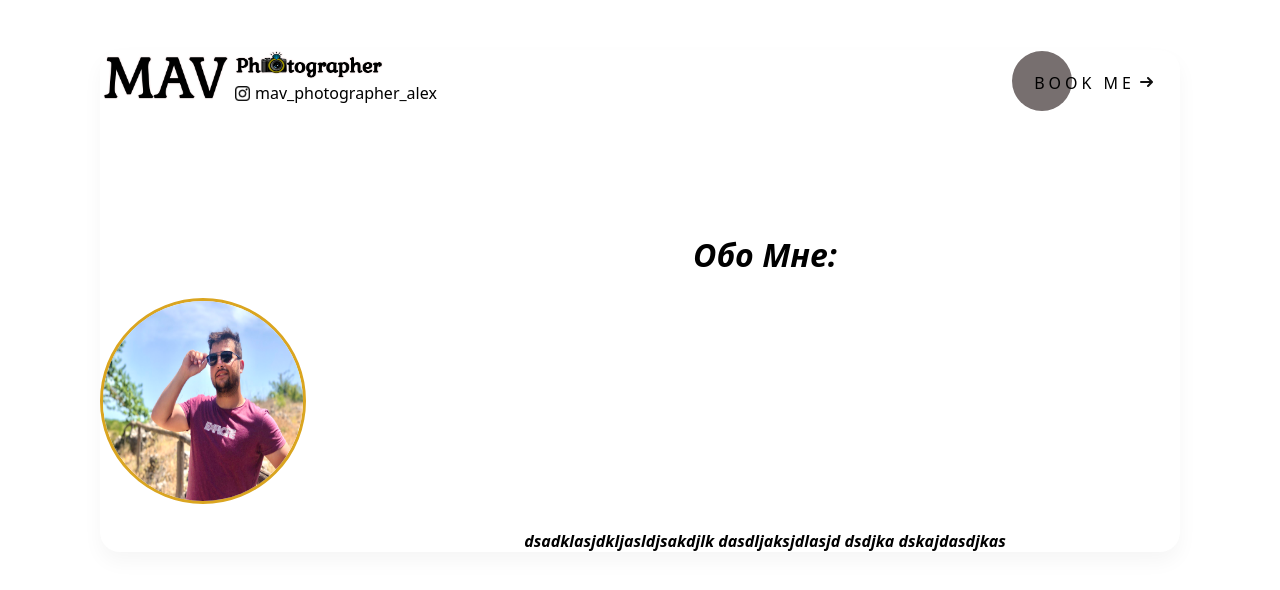
Repository: Dekabrist94/MAV
Page: /
An editor plug-in stored every save of this project. The page is shown before and after the next save, followed by the edit.
The browser window is 1280 px wide. The pictures show the whole page.
The project was rebuilt for these pictures with package versions that can differ from the ones it lists, and the page was loaded fresh each time.

Above is the page before, as saved 2023-02-28 21:39:46.

After the next save:
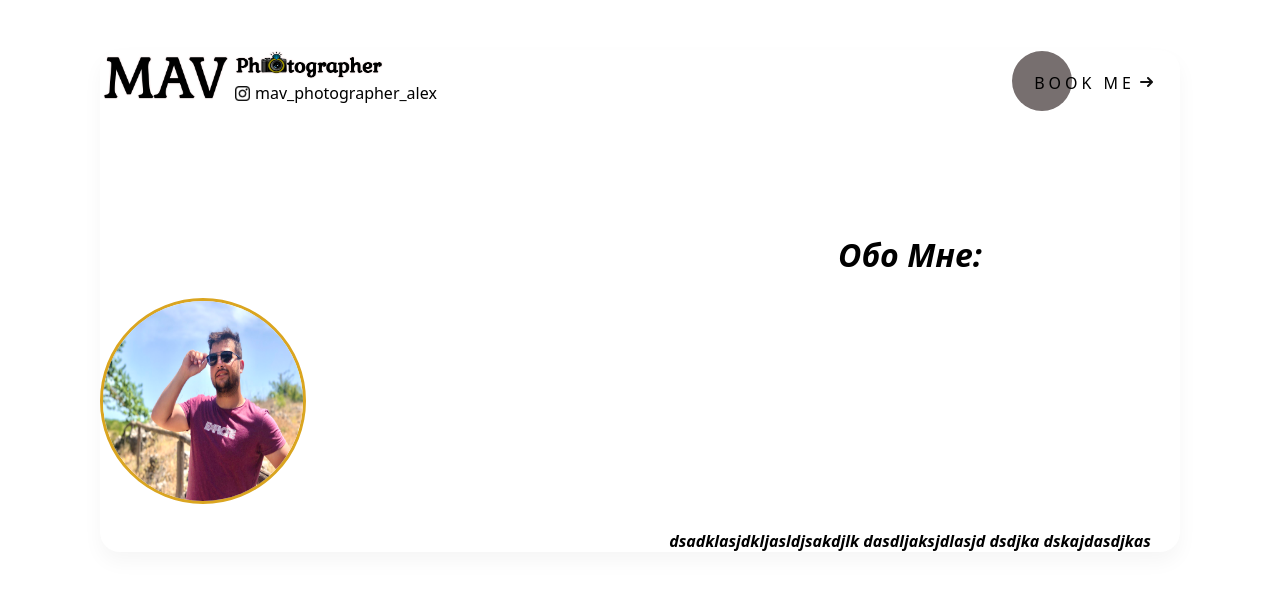
Saved 7 s later.
--- a/src/index.scss
+++ b/src/index.scss
@@ -54,7 +54,7 @@
 }
 
 .textAbout {
-  margin-left: 250px;
+  margin-left: 50%;
   text-align: center;
   font-style: italic;
 }
